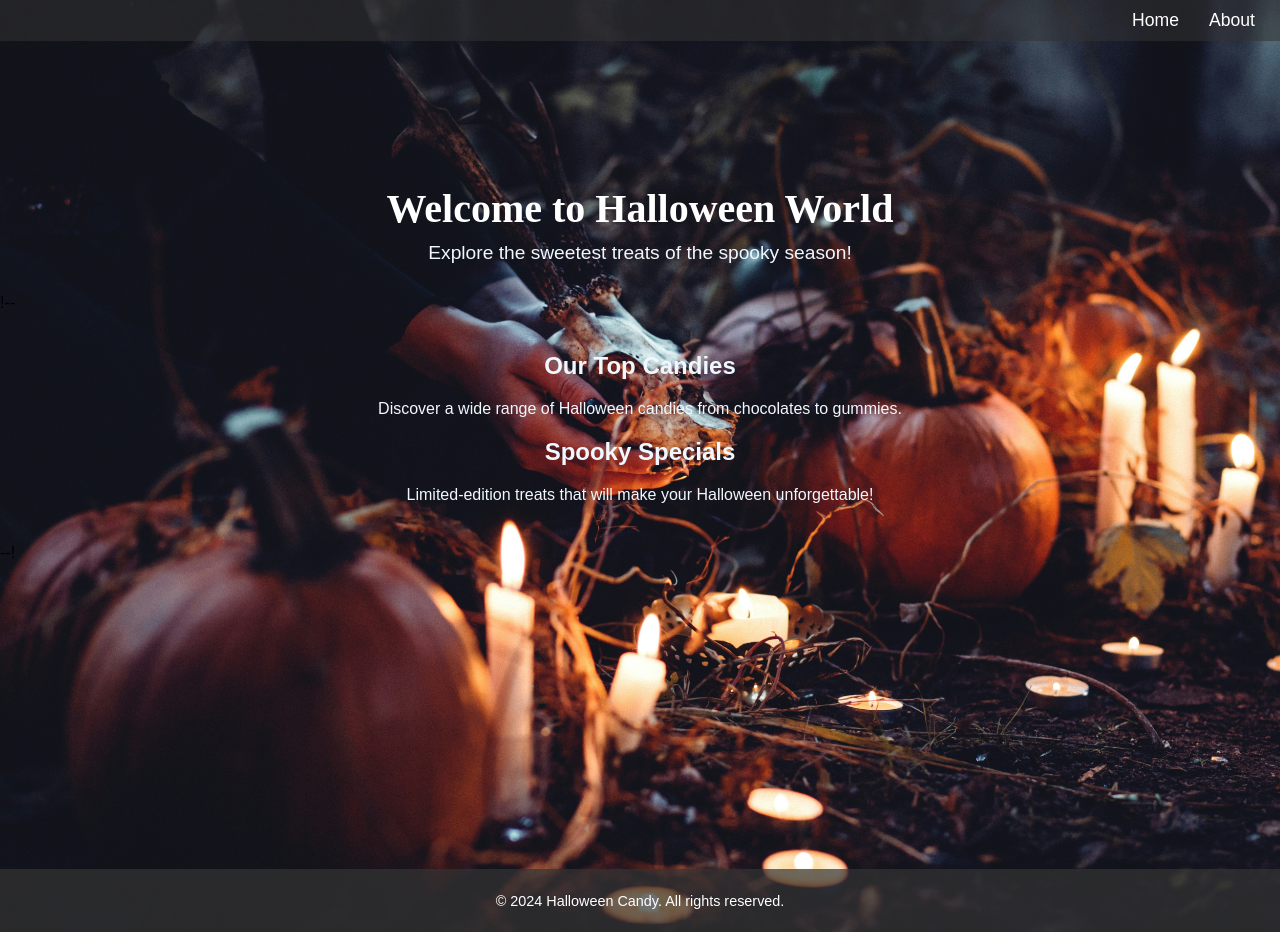
Repository: monicaifijeh/test2
Page: kyportfolio/src/indexHallo.html
An editor plug-in stored every save of this project. The page is shown before and after the next save, followed by the edit.
The browser window is 1280 px wide. The pictures show the whole page.

Above is the page before, as saved 2024-12-20 18:04:32.

### kyportfolio/src/indexHallo.html
<!DOCTYPE html>
<html lang="en">
  <head>
    <meta charset="UTF-8" />
    <meta name="viewport" content="width=device-width, initial-scale=1.0" />
    <title>Halloween Candy</title>
    <link rel="stylesheet" href="kystyle.css" />
  </head>
  <body>
    <nav>
      <ul>
        <li><a href="indexHallo.html">Home</a></li>
        <li><a href="aboutHallo.html">About</a></li>
      </ul>
    </nav>
    <header>
      <h1>Welcome to Halloween World</h1>
      <p>Explore the sweetest treats of the spooky season!</p>
    </header>
    !--
    <main>
      <section class="intro">
        <h2>Our Top Candies</h2>
        <p>
          Discover a wide range of Halloween candies from chocolates to gummies.
        </p>
      </section>
      <section class="intro">
        <h2>Spooky Specials</h2>
        <p>
          Limited-edition treats that will make your Halloween unforgettable!
        </p>
      </section>
    </main>
    --!
    <footer>
      <p>&copy; 2024 Halloween Candy. All rights reserved.</p>
    </footer>
  </body>
</html>

### kyportfolio/src/kystyle.css
body {
    font-family: Arial, sans-serif;
    margin: 0;
    padding: 0;
background-image: url("/kyportfolio/images/freestocks-twVS-YjQn9Y-unsplash.jpg");
background-repeat: no-repeat;
background-size: cover;
}

header {
    text-align: center;
    padding: 20px;

}

header h1 {
    margin: 0;
    font-size: 2.5rem;
   color: #fff;
   font-family: fantasy;
   margin-top: 10%;
}
.intro{
    color: aliceblue;
    text-align: center;
}

header p {
    color: aliceblue;
    margin: 10px 0;
    font-size: 1.2rem;
}

nav ul {
    display: flex;
    justify-content: right;
    list-style: none;
    padding: 10px;
    background-color: #3333338a;
    margin: 0;
    position: sticky;
}

nav ul li {
    margin: 0 15px;
}

nav ul li a {
    text-decoration: none;
    color: #fff;
    font-size: 1.1rem;
}

nav ul li a:hover {
    text-decoration: underline;
}

main {
    padding: 20px;
    box-sizing: border-box;
    display: block;

}

section {
    margin-bottom: 20px;
}

footer {
    margin-top: 24%;
    text-align: center;
    padding: 10px;
    background-color: #333333b4;
    color: #fff;
    font-size: 0.9rem;

}

After the next save:
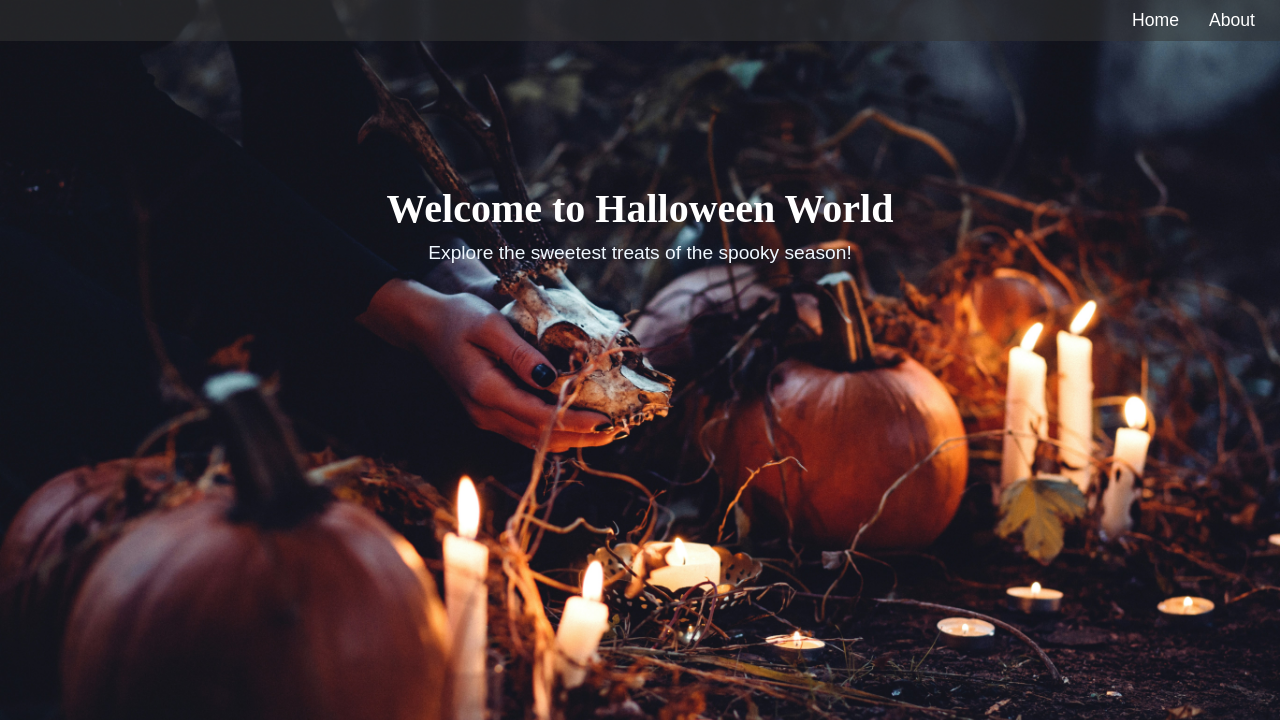
Saved 11 s later.
--- a/kyportfolio/src/indexHallo.html
+++ b/kyportfolio/src/indexHallo.html
@@ -17,7 +17,7 @@
       <h1>Welcome to Halloween World</h1>
       <p>Explore the sweetest treats of the spooky season!</p>
     </header>
-    !--
+    <!--
     <main>
       <section class="intro">
         <h2>Our Top Candies</h2>
